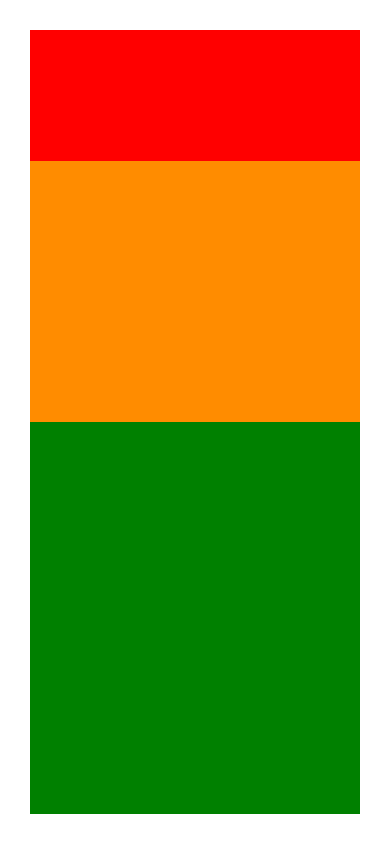
Repository: Waikato153/AwesomeProject
Screen: /
An editor plug-in stored every save of this project. The screen is shown before and after the next save, followed by the edit.
The app was drawn by React Native's web renderer in a window 390 px wide. The project was rebuilt for these pictures with package versions that can differ from the ones it lists, and the page was loaded fresh each time.

Above is the screen before, as saved 2024-02-27 09:27:33.

After the next save:
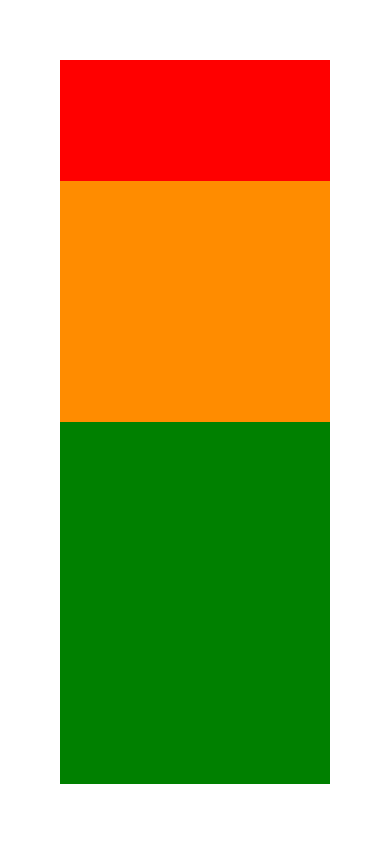
Saved 2 s later.
--- a/App.js
+++ b/App.js
@@ -21,7 +21,7 @@ const Flex = () => {
 const styles = StyleSheet.create({
   container: {
     flex: 1,
-    padding: 30,
+    padding: 60,
   },
 });
 
